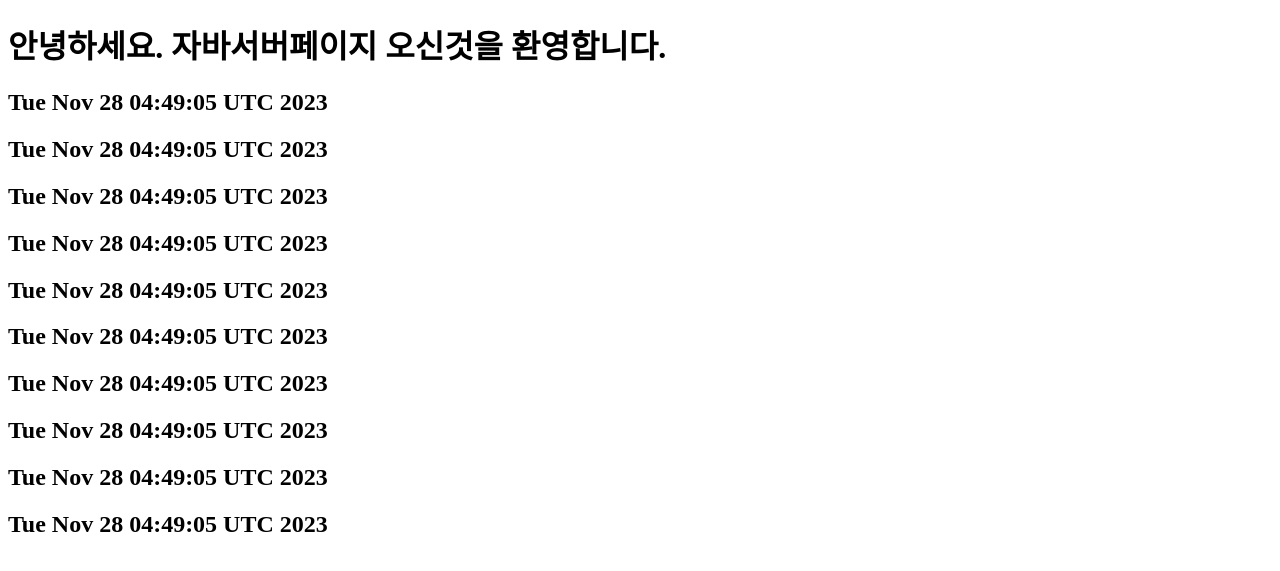
Repository: bjkim247/webproject
Page: http://localhost/jsptest/welcome.jsp
An editor plug-in stored every save of this project. The page is shown before and after the next save, followed by the edit.
The browser window is 1280 px wide. The pictures show the whole page.
The page is served by Tomcat 10.

Above is the page before, as saved 2023-11-28 05:24:05.

After the next save:
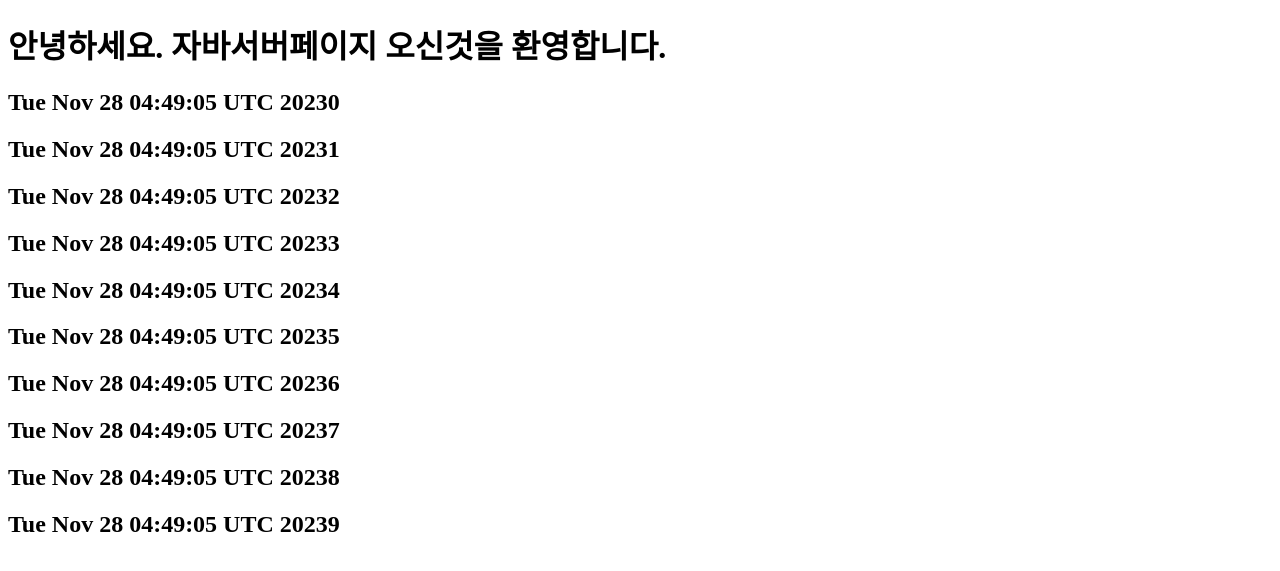
Saved 2 min 16 s later.
--- a/webproject/jsptest/src/main/webapp/welcome.jsp
+++ b/webproject/jsptest/src/main/webapp/welcome.jsp
@@ -14,7 +14,7 @@
 <body>
 	<h1>안녕하세요. 자바서버페이지 오신것을 환영합니다.</h1>
 	<% for(int i=0;i<10;i++){ %>
-	<h2><%= displayDate %> </h2>
+	<h2><%= displayDate + i%> </h2>
 	<% } %>
 </body>
 </html>
